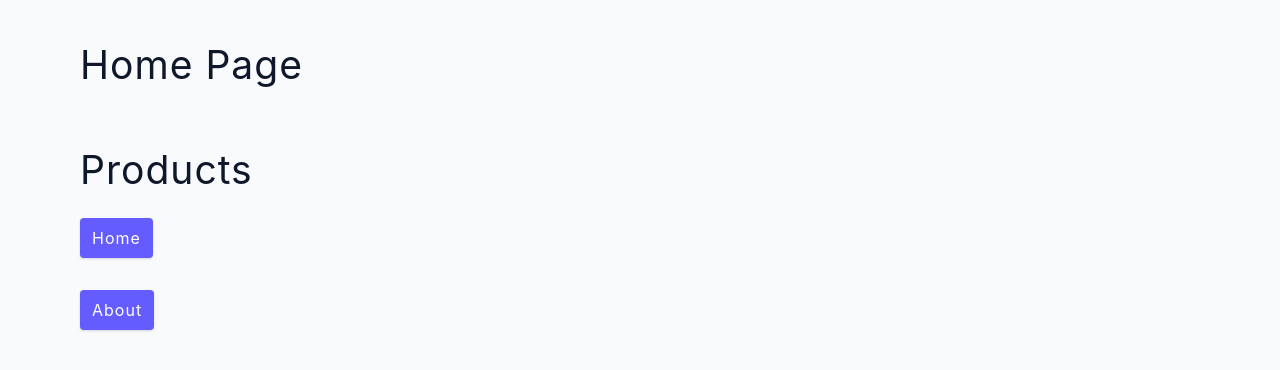
Repository: kennedyowusu/react-router-tutorial
Page: /products
The author's editor kept a copy of each file at every save. The page is drawn from the files as they stood at one save, then again after the next save.
The browser window is 1280 px wide. The pictures show the whole page.
The project was rebuilt for these pictures with package versions that can differ from the ones it lists, and the page was loaded fresh each time. Also part of the build but not shown: src/pages/About.js, src/pages/Error.js.

Above is the page before, as saved 2022-12-27 15:39:46.

After the next save:
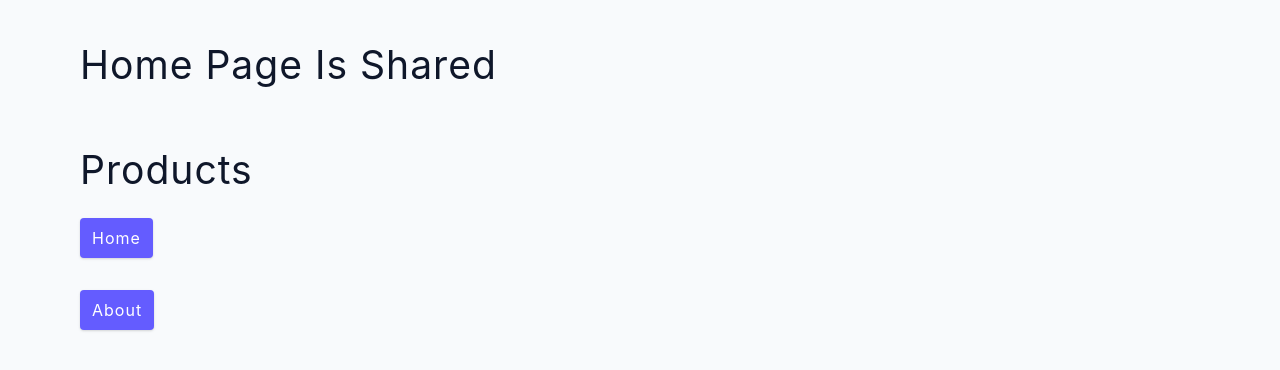
Saved 13 s later.
--- a/src/pages/Home.js
+++ b/src/pages/Home.js
@@ -3,7 +3,7 @@ import { Link, Outlet } from 'react-router-dom';
 const Home = () => {
   return (
     <section className='section'>
-      <h2>Home Page</h2>
+      <h2>Home Page is shared</h2>
       <Outlet />
       <Link to='/about' className='btn'> About </Link>
     </section>
